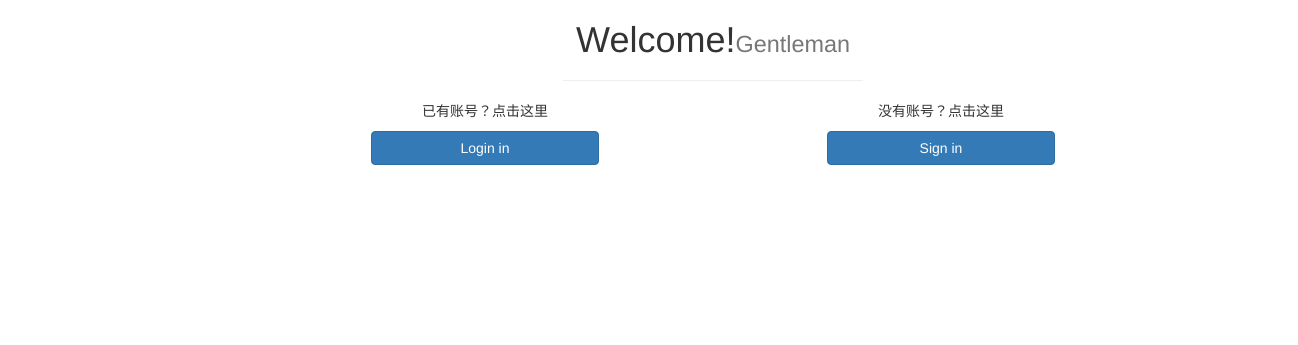
Repository: JasonBour/Beautypedia
Page: http://localhost/
The author's editor kept a copy of each file at every save. The page is drawn from the files as they stood at one save, then again after the next save.
The browser window is 1280 px wide. The page is 1298 px wide, so the pictures cover 1298 px, including what lies to the right of the window. The pictures show the whole page.
The page is run by PHP 8.4 with error messages shown; the project is at /var/www/html/.

Above is the page before, as saved 2015-09-13 12:40:13.

After the next save:
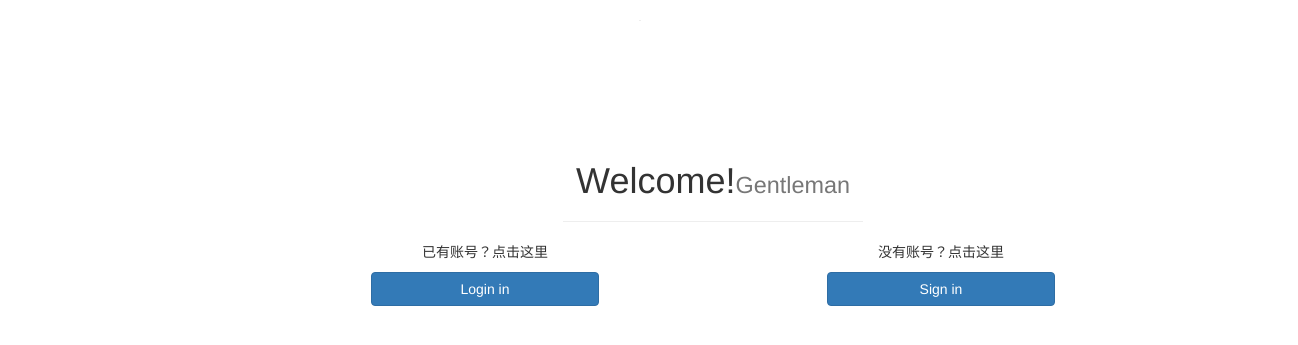
Saved 30 s later.
--- a/Beautypedia/index.php
+++ b/Beautypedia/index.php
@@ -5,7 +5,7 @@
 <link rel="stylesheet" type="text/css" href="./css/index.css">
 </head>
 <body>
-
+<hr style="width:2px;height:100px; "></hr>
 
 <div class="container ">
     <h1  class="title">Welcome!<small>Gentleman</small></h1>

After the save that followed:
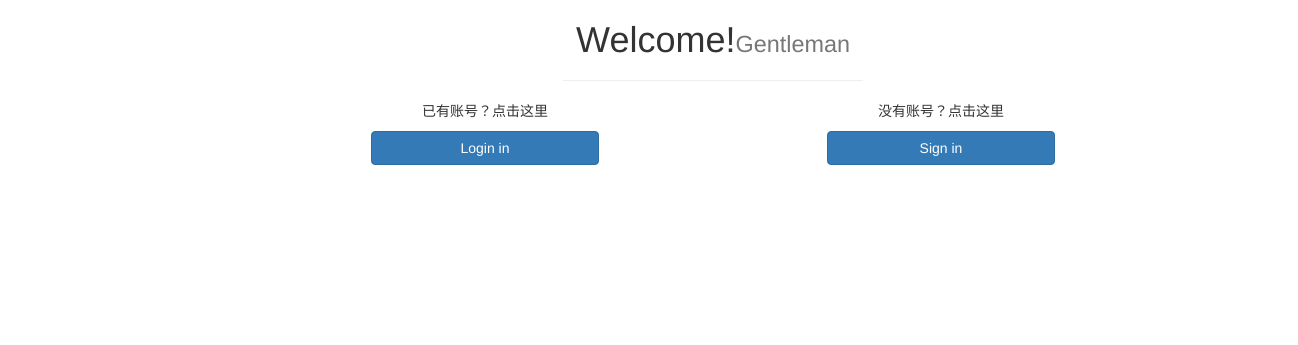
Saved 23 s later.
--- a/Beautypedia/index.php
+++ b/Beautypedia/index.php
@@ -5,7 +5,7 @@
 <link rel="stylesheet" type="text/css" href="./css/index.css">
 </head>
 <body>
-<hr style="width:2px;height:100px; "></hr>
+
 
 <div class="container ">
     <h1  class="title">Welcome!<small>Gentleman</small></h1>
